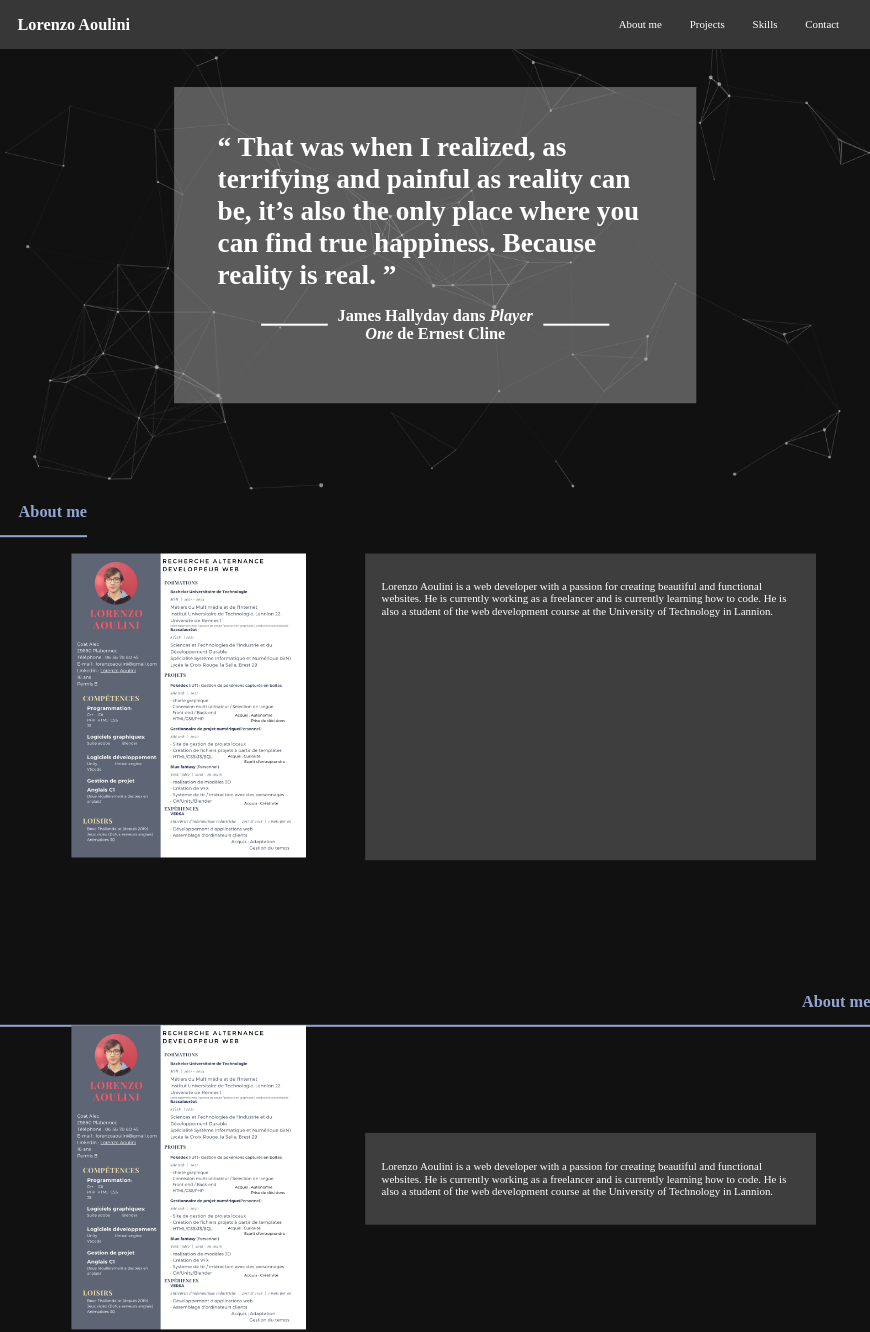
Repository: lolo298/lolo298.github.io
Page: index.html
These files come from the project's save history. The page is drawn as it stood at one moment and after the next save; the edit follows.
The browser window is 1280 px wide. The pictures show the whole page, at 68% of full size.

Above is the page before, as saved 2022-05-11 12:42:57.

### index.html
<!DOCTYPE html>
<html lang="en">

<head>
    <meta charset="UTF-8">
    <meta http-equiv="X-UA-Compatible" content="IE=edge">
    <meta name="viewport" content="width=device-width, initial-scale=1.0">
    <link rel="stylesheet" href="css/style.css">
    <script src="js/functions.js"></script>
    <script src="js/particles.js"></script>
    <title>Portfolio</title>
</head>

<body>
    <div id="particles"></div>
    <script>
        /* particlesJS background */
        particlesJS.load('particles', 'assets/particles.json', function() {
            console.log('callback - particles.js config loaded');
        });
    </script>
    <div class="main-container">
        <nav class="main-navbar">
            <h1>Lorenzo Aoulini</h1>
            <div class="main-navbar-list">
                <a class="main-navbar-item" href="#">
                    <div>Contact</div>
                </a>
                <a class="main-navbar-item" href="#">
                    <div>Skills</div>
                </a>
                <a class="main-navbar-item" href="#">
                    <div>Projects</div>
                </a>
                <a class="main-navbar-item" href="#">
                    <div>About me</div>
                </a>
            </div>

        </nav>
        <div class="landing">
            <div class="quote-container">
                <div class="quote-text">
                    <q>
                    That was when I realized, as terrifying and painful as reality can be, it’s also the only place where you can find true happiness. Because reality is real.
                </q>
                </div>
                <div class="author">
                    <div class="author-separation"></div>
                    <div class="author-content">
                        <p>
                            James Hallyday dans
                            <cite>Player One</cite> de Ernest Cline
                        </p>
                    </div>
                    <div class="author-separation"></div>
                </div>

            </div>

        </div>
        <div class="about">
            <div class="title-left">
                <div class="title-content">
                    <div>
                        <h2>About me</h2>
                    </div>
                </div>
                <div class="title-underline"></div>
            </div>
            <div class="about-content">
                <div class="cv">
                    <img src="assets/cv.png" alt="mon CV">
                </div>
                <div class="presentation">
                    <p>
                        Lorenzo Aoulini is a web developer with a passion for creating beautiful and functional websites. He is currently working as a freelancer and is currently learning how to code. He is also a student of the web development course at the University of Technology
                        in Lannion.
                    </p>
                </div>
            </div>
        </div>
        <div class="projects">
            <div class="title-right">
                <div class="title-content">
                    <div>
                        <h2>About me</h2>
                    </div>
                </div>
                <div class="title-underline"></div>
            </div>
            <div class="about-content">
                <div class="cv">
                    <img src="assets/cv.png" alt="mon CV">
                </div>
                <div class="presentation">
                    <p>
                        Lorenzo Aoulini is a web developer with a passion for creating beautiful and functional websites. He is currently working as a freelancer and is currently learning how to code. He is also a student of the web development course at the University of Technology
                        in Lannion.
                    </p>
                </div>
            </div>
        </div>


</body>

</html>

### css/style.css
html {
    background-color: #111111;
}

body {
    padding: 0;
    margin: 0;
    width: 100vw;
    height: 100vh;
}


/*-------------------*/


/* styling of navbar */


/*-------------------*/

.main-container {
    z-index: 1;
    color: white;
    height: 100%;
    width: 100%;
}

.main-navbar {
    background-color: #373737;
    position: fixed;
    top: 0;
    z-index: 1000;
    height: 10%;
    width: 100%;
    display: flex;
    justify-content: space-between;
    align-items: center;
}

.main-navbar>* {
    margin: 0;
}

.main-navbar>h1 {
    width: 20%;
    margin-left: 2%;
}

.main-navbar-list {
    width: 100%;
    display: flex;
    flex-direction: row-reverse;
    align-items: center;
    list-style: none;
    margin-right: 2%;
    height: 100%;
}

.main-navbar-item {
    display: flex;
    align-items: center;
    justify-content: center;
    text-decoration: none;
    color: white;
    width: max-content;
    height: 100%;
    padding: 0% 2% 0% 2%;
}

.main-navbar-item:hover {
    background-color: #6a6a6a;
}

.main-navbar-item>div {
    width: max-content;
}


/*-------------------------*/


/* styling of landing page */


/*-------------------------*/

.landing {
    height: 100%;
    width: 100%;
    display: flex;
    justify-content: center;
    align-items: center;
}


/*------------------*/


/* styling of quote */


/*------------------*/

.quote-container {
    max-width: 50%;
    width: max-content;
    height: max-content;
    padding: 5%;
    margin: auto;
    display: flex;
    justify-content: center;
    align-items: center;
    flex-direction: column;
    background-color: rgba(196, 196, 196, 0.42);
    z-index: 10;
}

.quote-text {
    font-size: 2.5em;
    font-weight: bold;
}

.author-content {
    font-size: 1.5em;
    font-weight: bold;
    text-align: center;
}

.author {
    width: 80%;
    display: flex;
    flex-direction: row;
    justify-content: space-between;
    align-items: center;
}

.author-separation {
    width: 30%;
    height: 0.5vh;
    background-color: white;
}

#particles canvas {
    display: block;
    /* vertical-align: bottom;
        -webkit-transform: scale(1);
        -ms-transform: scale(1);
        transform: scale(1);
        opacity: 1;
        -webkit-transition: opacity .8s ease, -webkit-transform 1.4s ease;
        transition: opacity .8s ease, transform 1.4s ease */
}

#particles {
    width: 100%;
    height: 100%;
    position: fixed;
    z-index: -10;
    top: 0;
    left: 0;
}


/*-----------------------*/


/* styling of about page */


/*-----------------------*/

.about {
    width: 100%;
    height: 100%;
}

.title-left {
    width: 10%;
    margin-bottom: 2%;
}

.title-underline {
    width: 100%;
    height: 0.5vh;
    background-color: #94a5d1;
}

.title-content div {
    display: flex;
    flex-direction: row-reverse;
    color: #94a5d1;
}

.about-content {
    width: auto;
    height: 100%;
    max-height: 62vh;
    margin-left: 2%;
    margin-right: 2%;
    display: flex;
    flex-direction: row;
    justify-content: center;
    align-items: center;
}

.cv {
    margin-left: 2%;
    width: 60vh;
}

.cv img {
    width: 80%;
    height: auto;
}

.presentation {
    width: 50%;
    height: 90%;
    padding: 2%;
    background-color: rgba(126, 126, 126, 0.42);
}

Loaded but not shown: assets/particles.json (110 lines, source omitted); js/particles.js (1530 lines, source omitted); js/functions.js (no stored copy; drawn as an empty file)

After the next save:
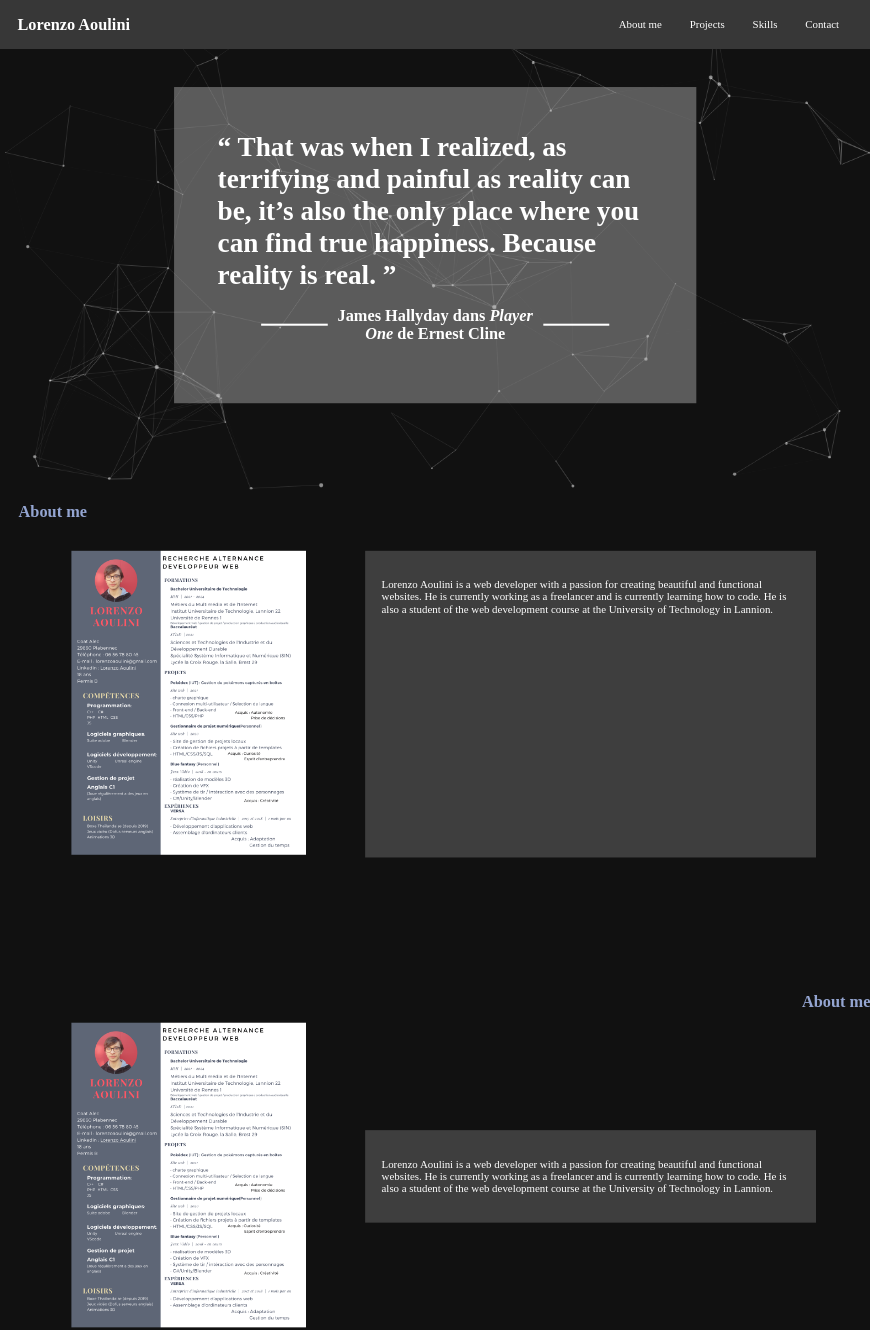
Saved 31 s later.
--- a/css/style.css
+++ b/css/style.css
@@ -179,7 +179,7 @@ body {
     margin-bottom: 2%;
 }
 
-.title-underline {
+.title-underline-left {
     width: 100%;
     height: 0.5vh;
     background-color: #94a5d1;
